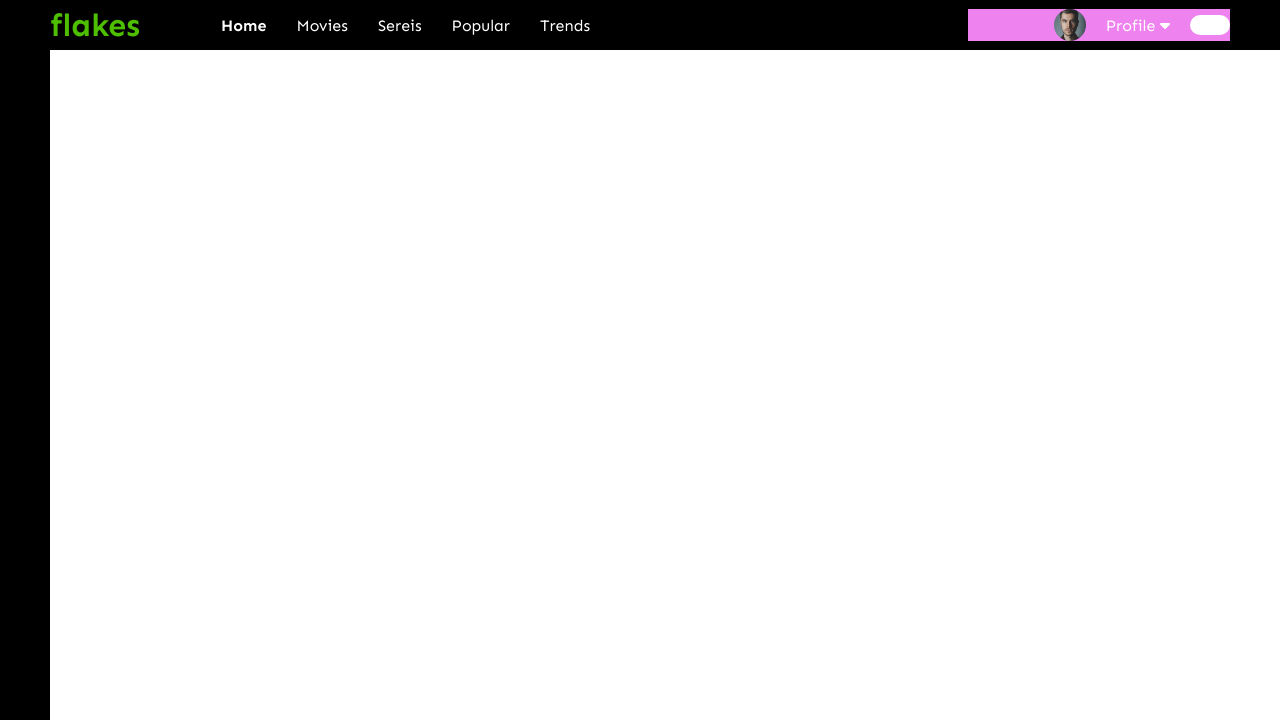
Repository: JulyK9/Movie-Website
Page: index.html
An editor plug-in stored every save of this project. The page is shown before and after the next save, followed by the edit.
The browser window is 1280 px wide. The pictures show the whole page.
Some web libraries are served in a nearby version.

Above is the page before, as saved 2022-07-03 18:06:53.

After the next save:
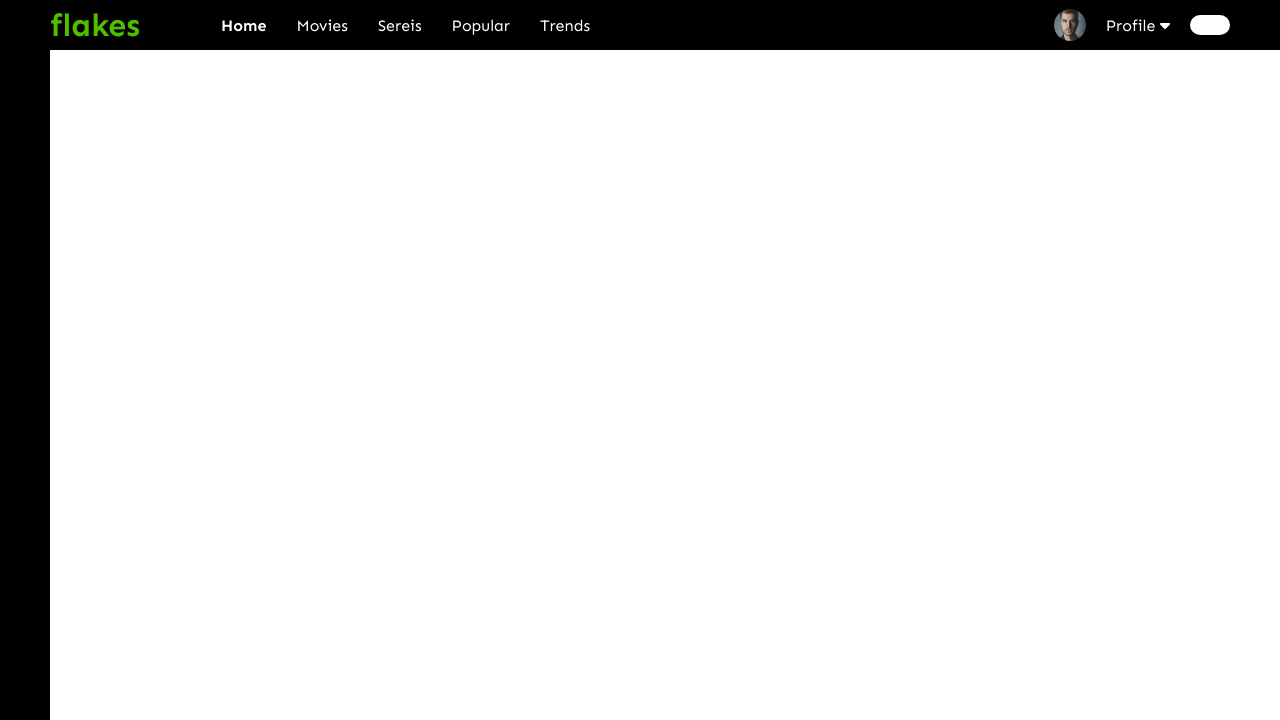
Saved 18 s later.
--- a/style.css
+++ b/style.css
@@ -55,7 +55,6 @@ body {
     flex: 2;
     display: flex;
     align-items: center;
-    background-color: violet;
     justify-content: flex-end;
 }
 
